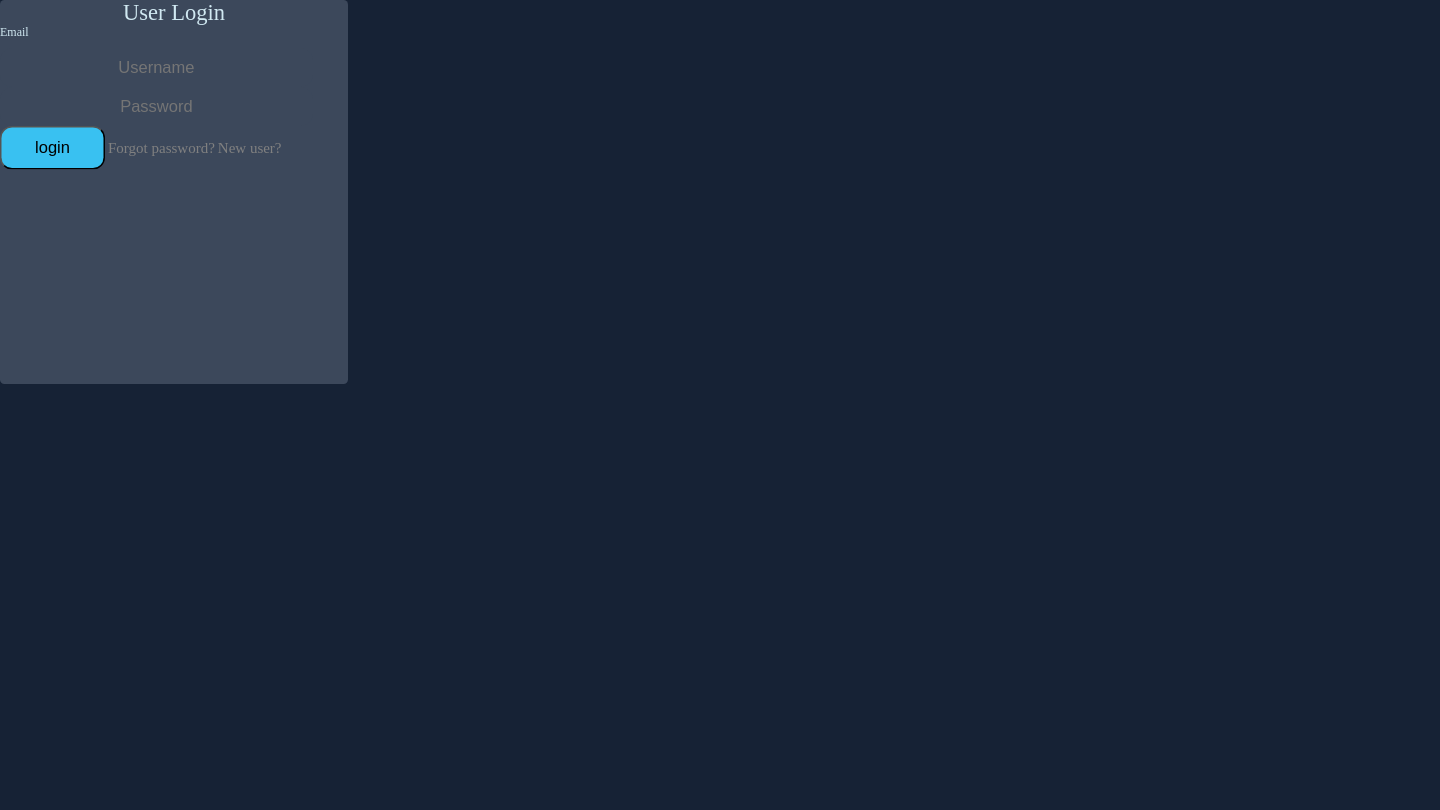
Repository: leystra019/nea
Page: html/user login.html
These files come from the project's save history. The page is drawn as it stood at one moment and after the next save; the edit follows.
The browser window is 1280 px wide. The page is 1920 px wide, so the pictures cover 1920 px, including what lies to the right of the window. The pictures show the whole page, at 75% of full size.

Above is the page before, as saved 2022-12-12 09:47:43.

After the next save:
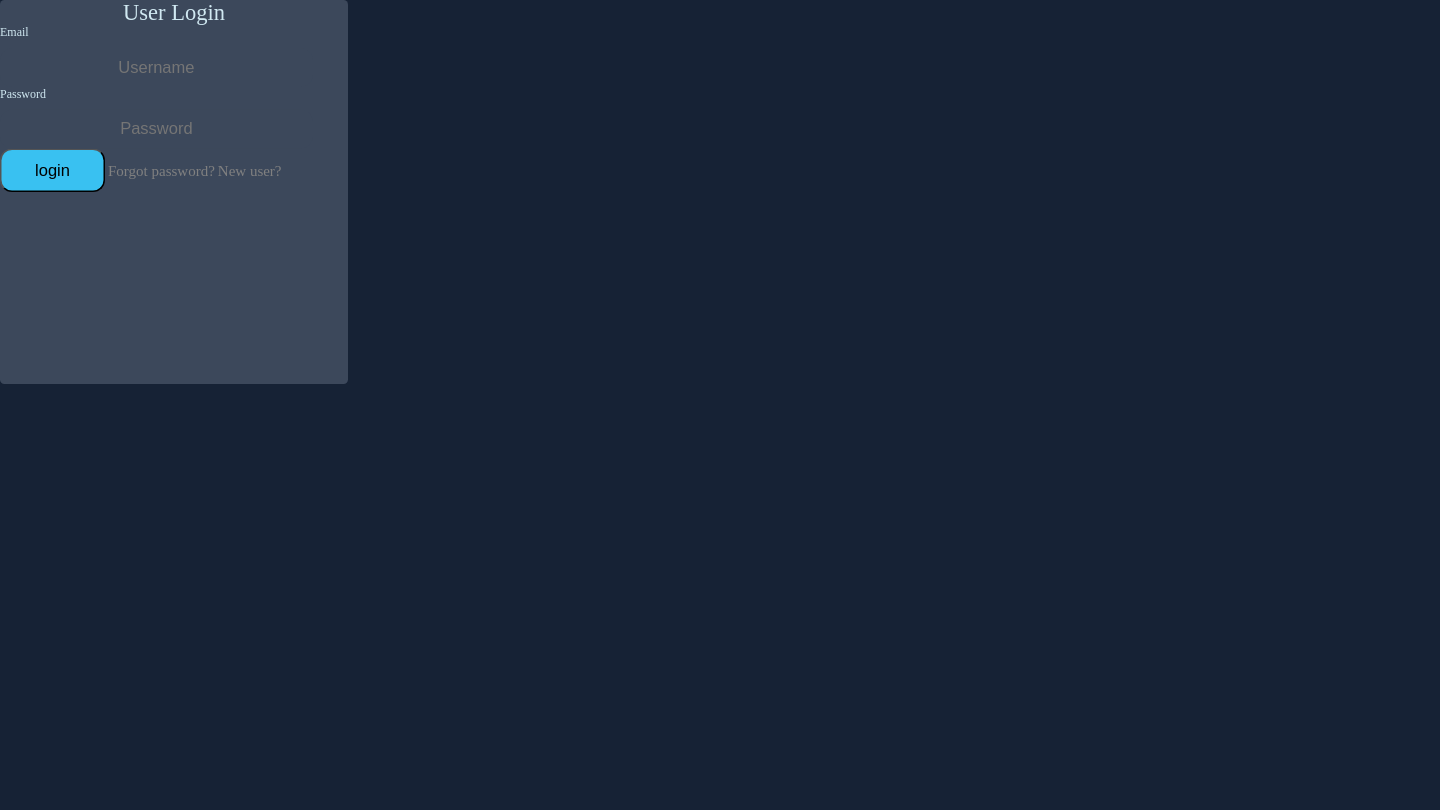
Saved 65 s later.
--- a/html/user login.html
+++ b/html/user login.html
@@ -15,6 +15,7 @@
             <form action="/neatest/php/main php/authlogin.php" method="post">
                 <header>Email</header>
                 <input type="username" name="username" id="username" class="logbox" placeholder="Username">
+                <header>Password</header>
                 <input type="password" name="password" class="logbox" id="password" placeholder="Password">
                 <input type="submit" value="login" class="submbtn" id="button">
                 <a href="/neatest/html/passwordcheck.html">Forgot password?</a>
